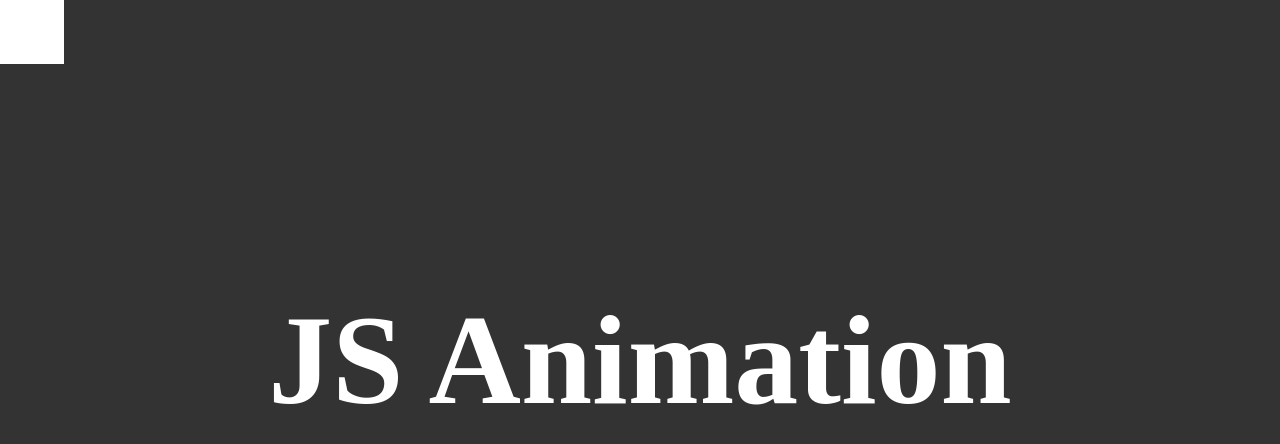
Repository: honghyunAhn/DailyFront
Page: Day210214_CSS_&_Javascript_Background_Animation_Effects/index.html
These files come from the project's save history. The page is drawn as it stood at one moment and after the next save; the edit follows.
The browser window is 1280 px wide. The pictures show the whole page.

Above is the page before, as saved 2021-02-15 14:47:23.

After the next save:
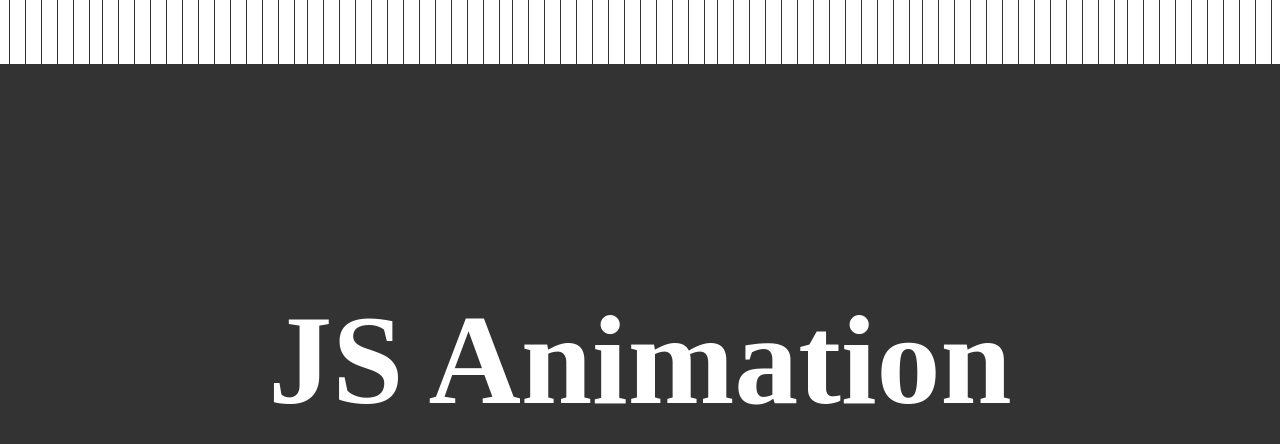
Saved 15 s later.
--- a/Day210214_CSS_&_Javascript_Background_Animation_Effects/index.html
+++ b/Day210214_CSS_&_Javascript_Background_Animation_Effects/index.html
@@ -15,7 +15,7 @@
         </div>
     </section>
     <script>
-        const banner = document.getElementsByClassName('banner');
+        const banner = document.getElementsByClassName('banner')[0];
         const blocks = document.getElementsByClassName('blocks');
 
         for (var i = 1; i < 400; i++){
